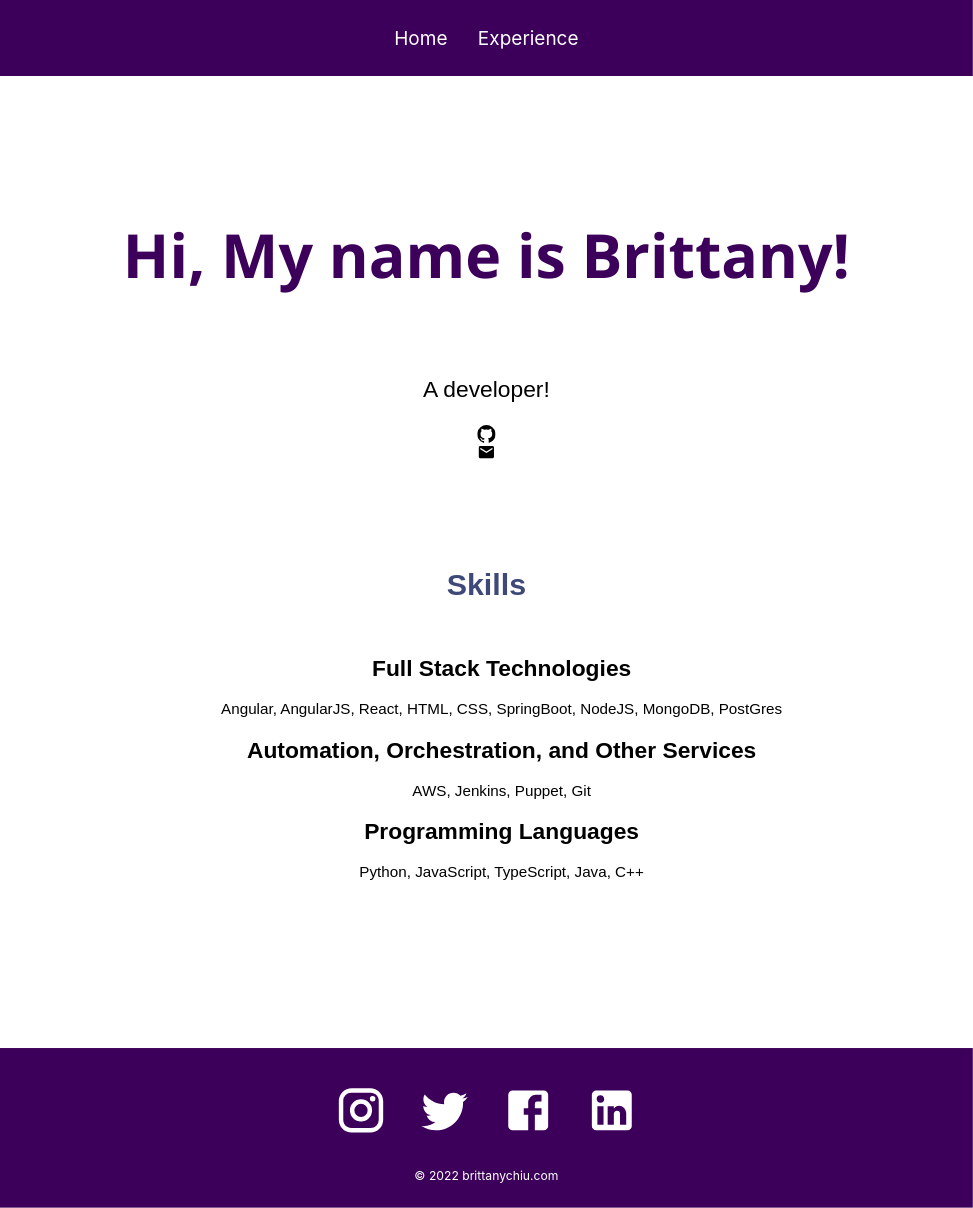
Repository: chiubacca94/chiufolio
Page: /
These files come from the project's save history. The page is drawn as it stood at one moment and after the next save; the edit follows.
The browser window is 1280 px wide. The pictures show the whole page, at 76% of full size.
The project was rebuilt for these pictures with package versions that can differ from the ones it lists, and the page was loaded fresh each time. Also part of the build but not shown: src/components/Projects/Projects.js, src/components/Experiences/Experiences.js.

Above is the page before, as saved 2022-07-04 05:49:11.

### src/App.js
import './App.css';
import { BrowserRouter as Router, Routes, Route } from 'react-router-dom';
import Navbar from './components/NavBar/Navbar';
import Home from './components/Home/Home';
import Projects from './components/Projects/Projects';
import Experiences from './components/Experiences/Experiences';
import Footer from './components/Footer/Footer';

function App() {
  return (
    <div className="App">
      <Router>
        <Navbar />
        <Routes>
          <Route path="/" element={ <Home /> }></Route>
          <Route path="/projects" element={ <Projects /> }></Route>
          <Route path="/experiences" element={ <Experiences /> }></Route>
        </Routes>
        <Footer />
      </Router>
    </div>
  );
}

export default App;

### src/App.css
.App {
  text-align: center;
}

body {
  margin: 0px;
  padding: 0px;
}

### src/components/NavBar/Navbar.js
import React, {useEffect, useState} from "react";
import { Link, useLocation } from "react-router-dom";
import ReorderIcon from '@material-ui/icons/Reorder';
import "./Navbar.css"

function Navbar() {
    // NavBr States
    const [ expandNavbar, setExpandNavbar ] = useState(false)
    const location = useLocation();

    // use when location changes and set navbar to false
    useEffect(() => {
        setExpandNavbar(false);
    }, [location])

    return (
        // id will change based on state
        <div className="navbar" id={expandNavbar ? "open" : "close"}>
            <div className="toggleButton">
                <button onClick={() => { setExpandNavbar((prev) => !prev) }}>
                    <ReorderIcon></ReorderIcon>
                </button>
            </div>
            <div className="links">
                <Link to="/"> Home </Link>
                {/* <Link to="/projects"> Projects </Link>  */}
                <Link to="/experiences"> Experience </Link>
            </div>
        </div>
    )
}

export default Navbar;

### src/components/Home/Home.js
import React from 'react'
import GitHubIcon from '@material-ui/icons/GitHub'
import EmailIcon from '@material-ui/icons/Email'

import './Home.css'

export default function Home() {
  return (
    <div className='home'>
        <div className='about'>
            <h2>Hi, My name is Brittany!</h2>
            <div className='prompt'><p> A developer!</p></div>
            <GitHubIcon />
            <EmailIcon />
        </div>
        <div className='skills'>
            <h1>Skills</h1>
            <ol className='list'>
                <li className='item'>
                    <h2>Full Stack Technologies</h2>
                    <span>Angular, AngularJS, React, HTML, CSS, SpringBoot, NodeJS, MongoDB, PostGres</span>
                </li>
                <li className='item'>
                    <h2>Automation, Orchestration, and Other Services</h2>
                    <span>AWS, Jenkins, Puppet, Git</span>
                </li>
                <li className='item'>
                    <h2>Programming Languages</h2>
                    <span>Python, JavaScript, TypeScript, Java, C++</span>
                </li>
            </ol>
        </div>
    </div>
  )
}

### src/components/Footer/Footer.js
import React from 'react';
import InstagramIcon  from '@material-ui/icons/Instagram';
import TwitterIcon from '@material-ui/icons/Twitter';
import FacebookIcon from '@material-ui/icons/Facebook';
import LinkedInIcon from '@material-ui/icons/LinkedIn';
import './Footer.css'

export default function Footer() {
  return (
    <div className='footer'>
        <div className='socialMedia'>
            <InstagramIcon />
            <TwitterIcon />
            <FacebookIcon />
            <LinkedInIcon />
        </div>
        <p>&copy; 2022 brittanychiu.com</p>
    </div>
  )
}

### src/components/NavBar/Navbar.css
.navbar {
    width: 100%;
    height: 100px;
    background: #3c005a;
  }

  .links {
    width: 100%;
    height: 100%;
    display: flex;
    align-items: center;
    justify-content: center;
    color: white;
  }

  .navbar a {
    color: white;
    text-decoration: none;
    margin: 20px;
    font-size: 25px;
  }

  .toggleButton {
    width: 100%;
    height: 100px;
    display: flex;
    align-items: center;
    justify-content: flex-end;
  }

  .toggleButton svg {
    font-size: 50px;
  }
  .toggleButton button {
    margin-right: 20px;
    background-color: transparent;
    border: none;
    color: white;
    cursor: pointer;
  }

  #open {
    height: 100vh;
  }

  #open .links {
    flex-direction: column;
    justify-content: flex-start;
    margin-top: 100px;
  }

  #open a {
    width: 100%;
    text-align: center;
  }

  @media only screen and (max-width: 900px) {
    .navbar a {
      width: 70px;
    }
  }

  @media only screen and (max-width: 600px) {
    .toggleButton {
      display: flex;
    }
    #close a {
      display: none;
    }
  }

  @media only screen and (min-width: 600px) {
    .toggleButton {
      display: none;
    }

    .hiddenLinks {
      display: none;
    }

    #open {
      height: 100px;
    }

    #open .links {
      flex-direction: row;
    }
  }

### src/components/Home/Home.css
.home {
    width: 100%;
    align-items: center;
    font-family: "Arial", sans-serif;
    /* color: #3e497a; */
    color: white;
  }

  .about {
    width: 100%;
    height: calc(100vh - 100px);
    display: flex;
    flex-direction: column;
    justify-content: center;
    align-items: center;
    text-align: center;
    /* background-color: #21325e; */
    color: black;
  }

  .about h2 {
    font-family: "Segoe UI", Tahoma, Geneva, Verdana, sans-serif;
    font-size: 80px;
    color: #3c005a;
    min-height: 50px;
  }

  .about .prompt {
    padding-top: 10px;
    width: 40%;
    font-size: 30px;
  }
  .prompt svg {
    font-size: 60px;
    margin: 5px;
    color: white;
  }

  .skills {
    font-size: 20px;
    width: 100%;
    display: flex;
    justify-content: center;
    flex-direction: column;
    align-items: center;
    scroll-snap-type: y mandatory;
  }

  .skills h1 {
    color: #3e497a;
  }

  .skills .list {
    list-style: none;
    width: 60%;
    color: black;
  }

  .list span {
    font-size: 20px;
  }

  @media only screen and (max-width: 905px) {
    .about h2 {
      font-size: 60px;
    }

    .about .prompt {
      margin-top: 10px;
      font-size: 20px;
      width: 80%;
    }

    .skills {
      text-align: center;
    }
    .list {
      padding: 0;
    }

    .skills h2 {
      font-size: 30px;
    }
  }

  @media only screen and (max-width: 600px) {
    .about h2 {
      font-size: 40px;
    }

    .about .prompt {
      margin-top: 10px;
      font-size: 20px;
      width: 80%;
    }

    .skills {
      text-align: center;
    }
    .list {
      padding: 0;
    }

    .skills h2 {
      font-size: 30px;
    }
  }

### src/components/Footer/Footer.css
.footer {
    width: 100%;
    height: 200px;
    background: #3c005a;
    display: flex;
    justify-content: center;
    align-items: center;
    flex-direction: column;
    padding-top: 10px;
    margin-top: 200px;
  }

  .socialMedia svg {
    color: white;
    margin: 20px;
    font-size: 70px;
    cursor: pointer;
  }

  .footer p {
    color: white;
  }

  @media only screen and (max-width: 600px) {
    .footer svg {
      font-size: 50px;
    }
  }

Loaded but not shown: public/index.html (common file); src/index.js (common file); src/index.css (common file); src/reportWebVitals.js (common file)

After the next save:
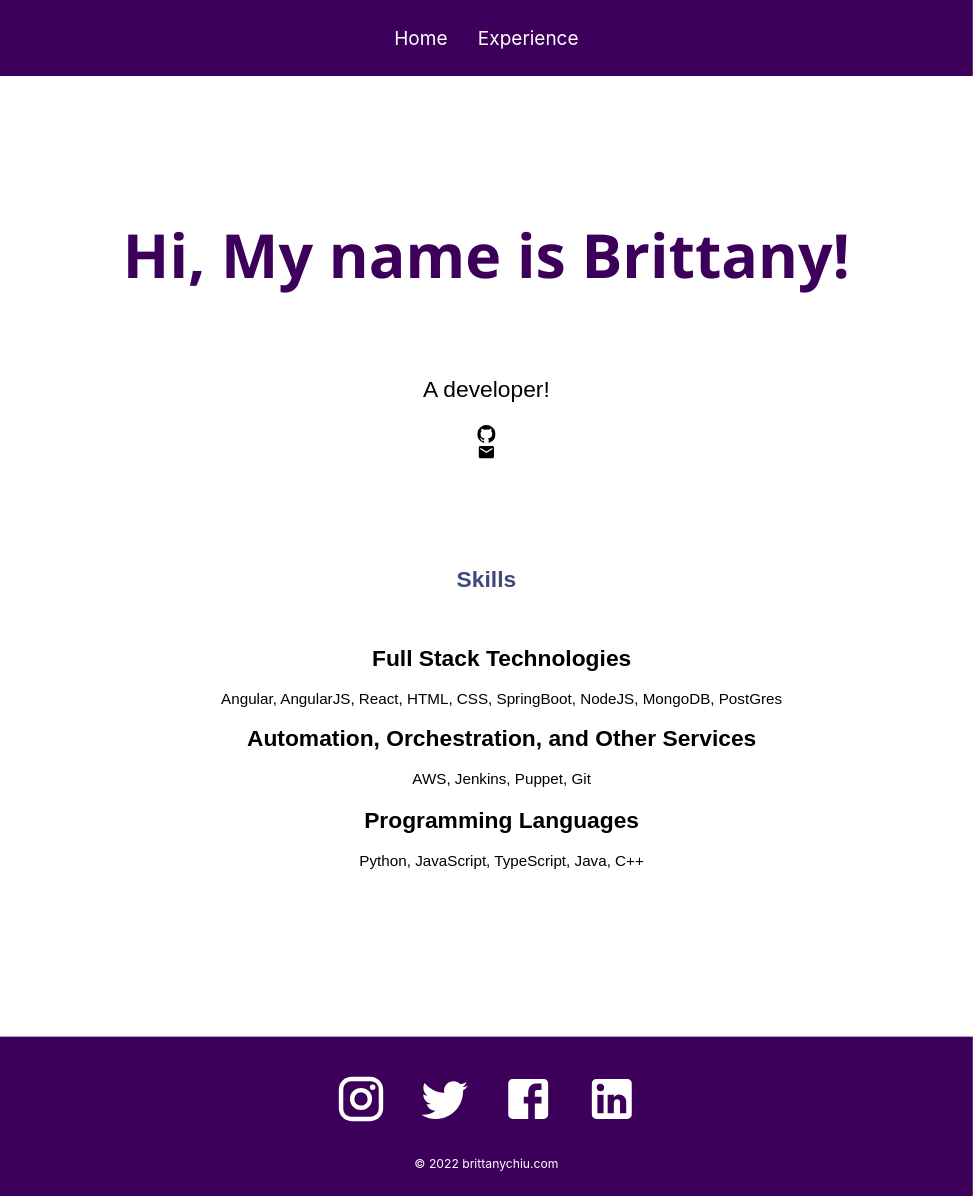
Saved 55 s later.
--- a/src/components/Home/Home.js
+++ b/src/components/Home/Home.js
@@ -13,7 +13,7 @@ export default function Home() {
             <GitHubIcon />
             <EmailIcon />
         </div>
-        <div className='skills'>
+        <section className='skills'>
             <h1>Skills</h1>
             <ol className='list'>
                 <li className='item'>
@@ -29,7 +29,7 @@ export default function Home() {
                     <span>Python, JavaScript, TypeScript, Java, C++</span>
                 </li>
             </ol>
-        </div>
+        </section>
     </div>
   )
 }
